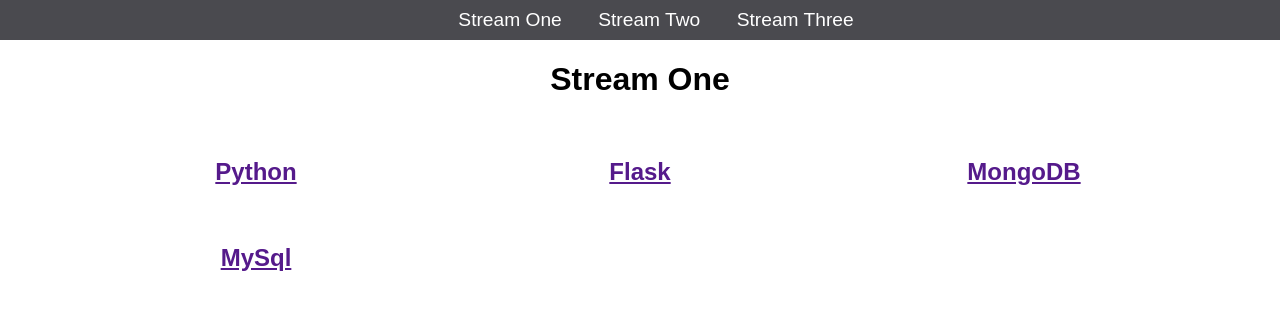
Repository: ElaineArchbold/my-first-website
Page: stream-two.html
The author's editor kept a record of every edit. The page is drawn from the files as they stood at one moment, then again after the next edit.
The browser window is 1280 px wide. The pictures show the whole page.

Above is the page before.

After the next edit:
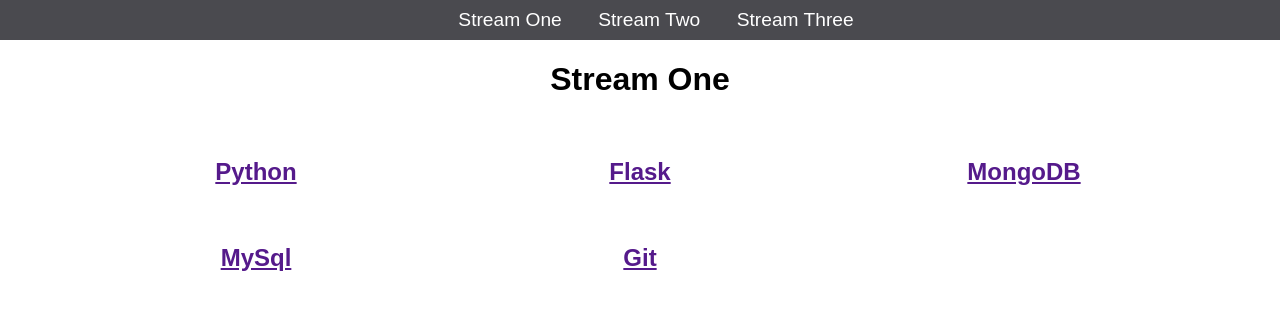
The edit:
--- a/stream-two.html
+++ b/stream-two.html
@@ -34,7 +34,9 @@
             <a href=""><img src=""><h2>MySql</h2>
         </div>
 
-
+        <div class="card">
+            <a href=""><img src=""><h2>Git</h2>
+        </div>
 
 
     </body>
